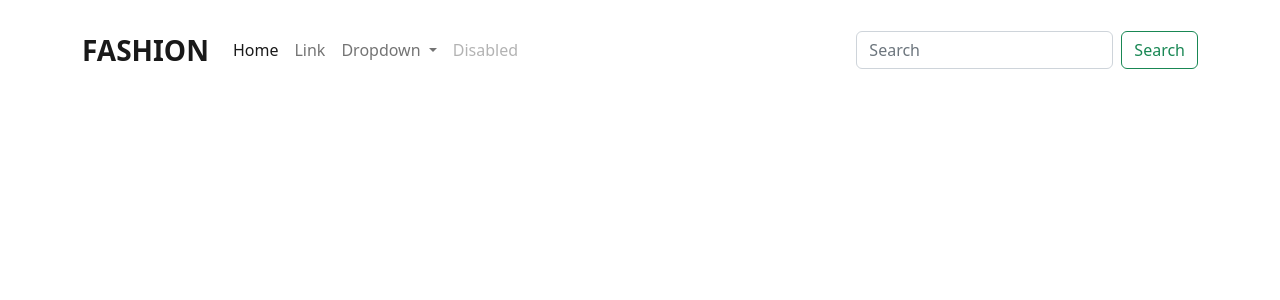
Repository: isaacCodes1/Bootstrap-Nav-Assignment
Page: index.html
An editor plug-in stored every save of this project. The page is shown before and after a run of saves, followed by the edit.
The browser window is 1280 px wide. The pictures show the whole page.
Some web libraries are served in a nearby version.

Above is the page before, as saved 2024-03-19 13:13:52.

After the next 3 saves:
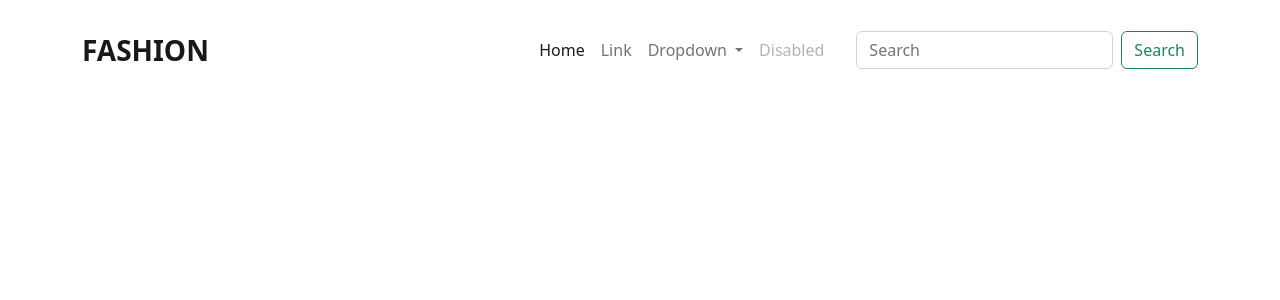
The 3 saves are shown as one change because they came seconds apart.
The last was saved 4 min 9 s later.
--- a/index.html
+++ b/index.html
@@ -33,7 +33,7 @@
             <span class="navbar-toggler-icon"></span>
           </button>
           <div class="collapse navbar-collapse" id="navbarSupportedContent">
-            <ul class="navbar-nav me-auto mb-2 mb-lg-0">
+            <ul class="navbar-nav ms-auto pe-4 mb-2 mb-lg-0">
               <li class="nav-item">
                 <a class="nav-link active" aria-current="page" href="#">Home</a>
               </li>
